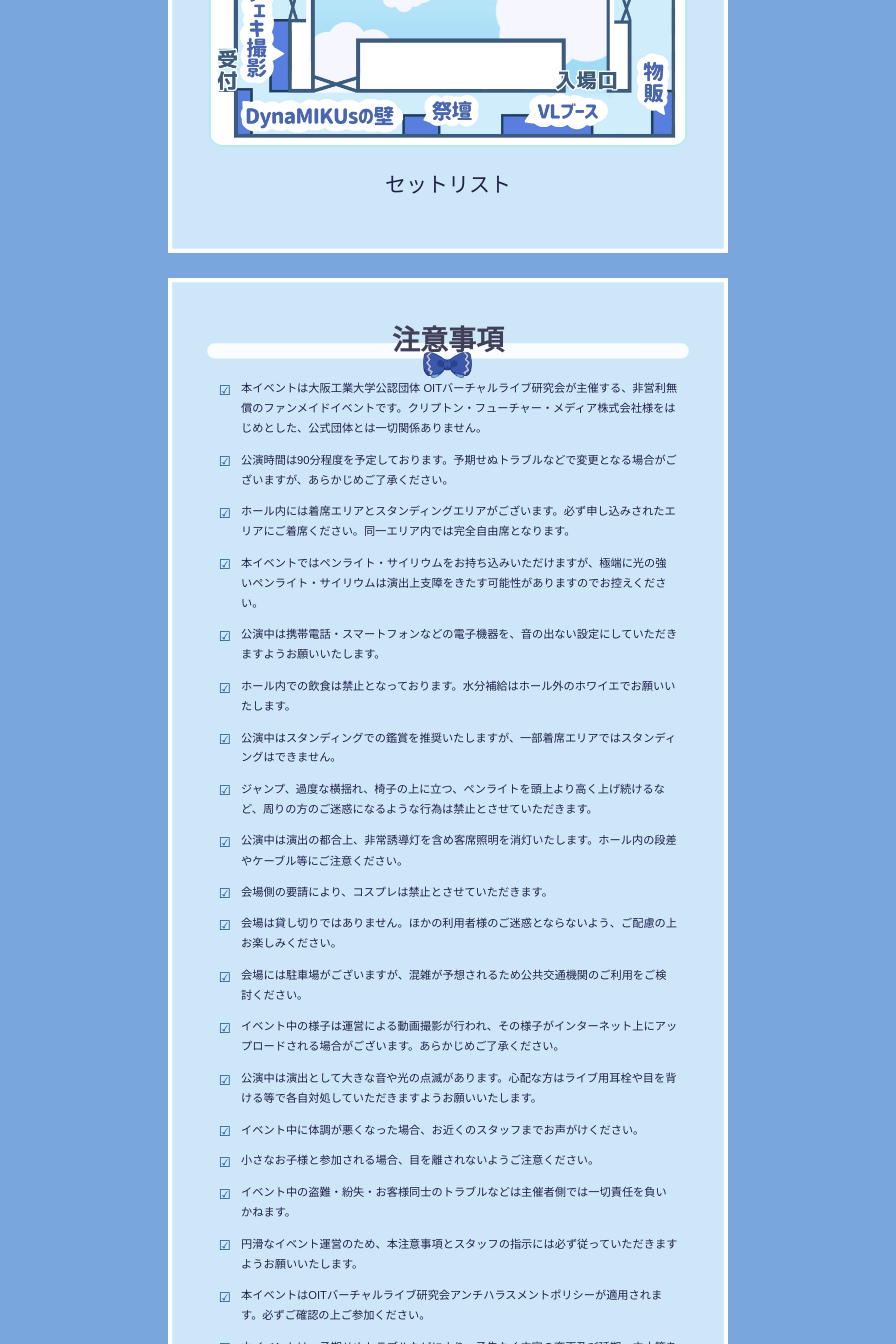
Repository: oitvl/oitvl.com
Page: dynamikus/2025/index.html
The author's editor kept a copy of each file at every save. The page is drawn from the files as they stood at one save, then again after the next save.
The browser window is 1280 px wide. The pictures show the part of the page from y = 4116 to 6036 px (the page is 7627 px tall before and 7637 px after), at 70% of full size.
A picture or video elsewhere on the page could not be fetched, so the positions and the page height are approximate. Some web fonts or font styles are not loaded; a fallback is used.

Above is the page before, as saved 2025-09-21 00:12:59.

After the next save:
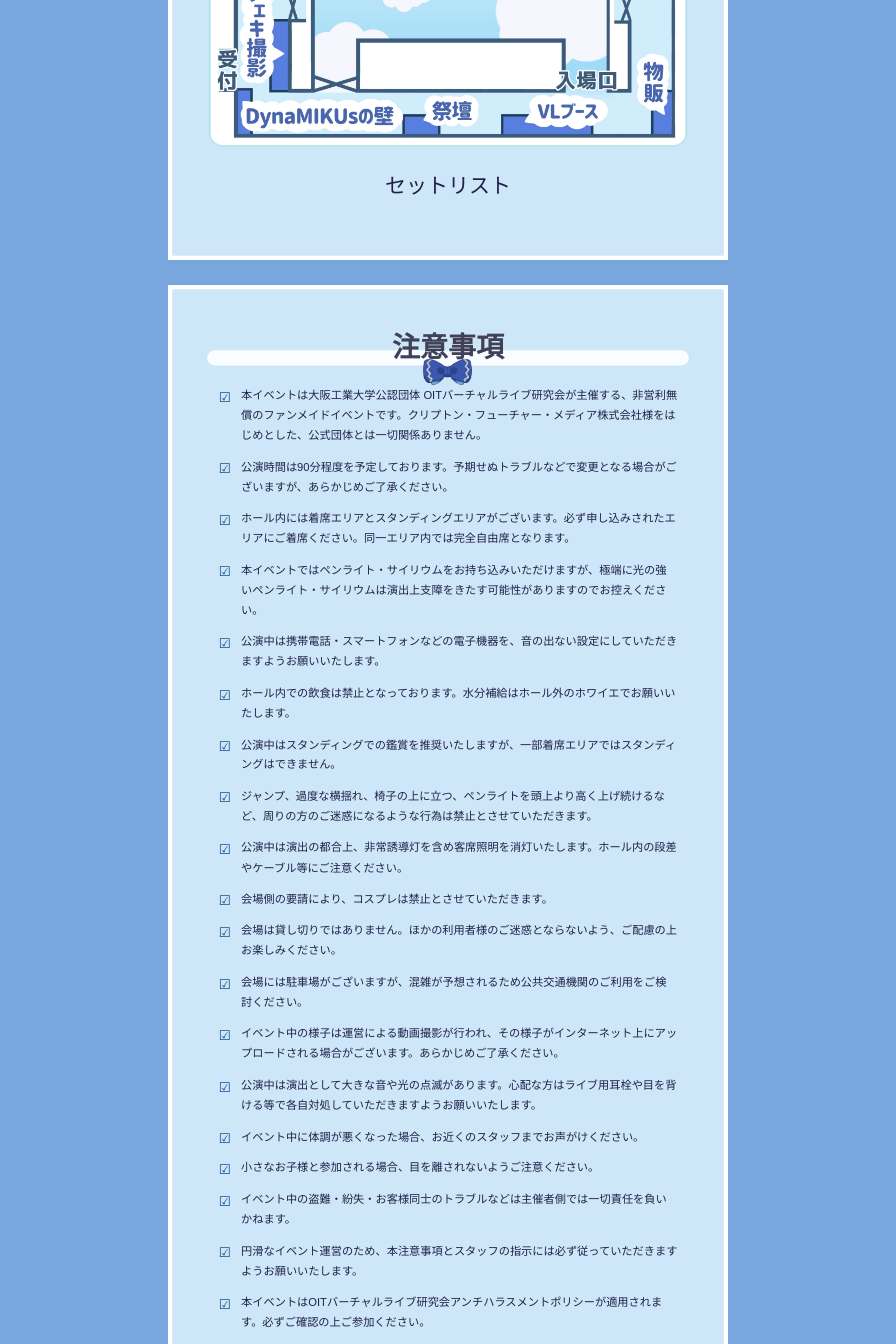
Saved 28 s later.
--- a/dynamikus/2025/index.html
+++ b/dynamikus/2025/index.html
@@ -154,7 +154,7 @@
                                 <img src="DynaMIKUs_boothMap.jpg" alt="kaijou map">
                             </li>
                             <li>
-                                セットリスト
+                                <p>セットリスト</p>
                             </li>
                         </ul>
                         <!-- ---------------------------- -->
